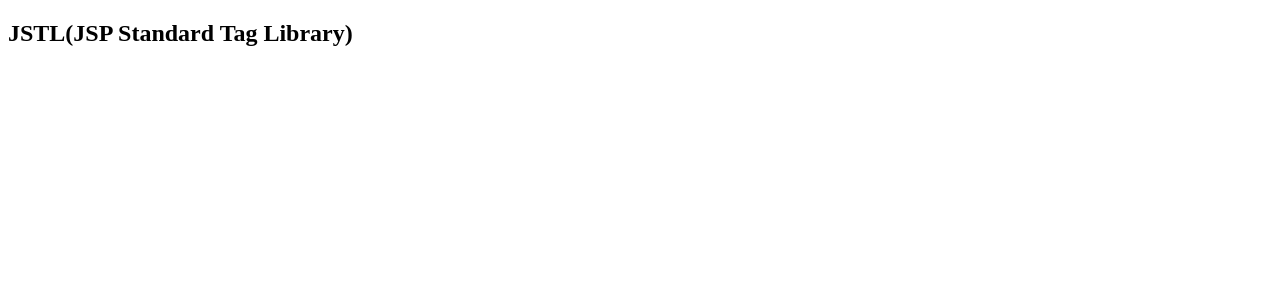
Repository: daehyuk1231/lect_labs_java
Page: http://localhost/java_web/jstl.jsp
These files come from the project's save history. The page is drawn as it stood at one moment and after a run of saves; the edit follows.
The browser window is 1280 px wide. The pictures show the whole page.
The page is served by Tomcat 10.

Above is the page before, as saved 2025-08-14 08:18:12.

After the next 4 saves:
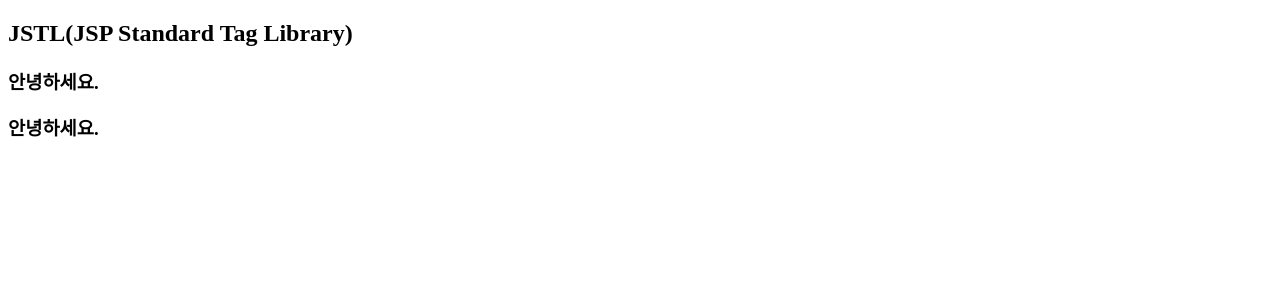
The 4 saves are shown as one change because 3 did not build or start.
The last was saved 7 min 20 s later.
--- a/java_web/src/main/webapp/jstl.jsp
+++ b/java_web/src/main/webapp/jstl.jsp
@@ -5,11 +5,23 @@
 <%@ taglib prefix="fn" uri="jakarta.tags.functions"%>
 <!DOCTYPE html>
 <html>
-<head>
-<meta charset="UTF-8">
-<title>Insert title here</title>
-</head>
-<body>
-	<h2>JSTL(JSP Standard Tag Library)</h2>
-</body>
+	<head>
+		<meta charset="UTF-8">
+		<title>Insert title here</title>
+	</head>
+	<body>
+		<h2>JSTL(JSP Standard Tag Library)</h2>
+
+		<%-- 변수 --%>
+		<c:set var="msg" value="안녕하세요."/>
+		<h3>${msg }</h3>
+		<h3><c:out value="${msg }"/></h3>
+		<c:remove var="msg"/>
+
+		<c:catch var="ex">
+		<%
+			int c = 1/0;
+		%>
+		</c:catch>
+	</body>
 </html>
